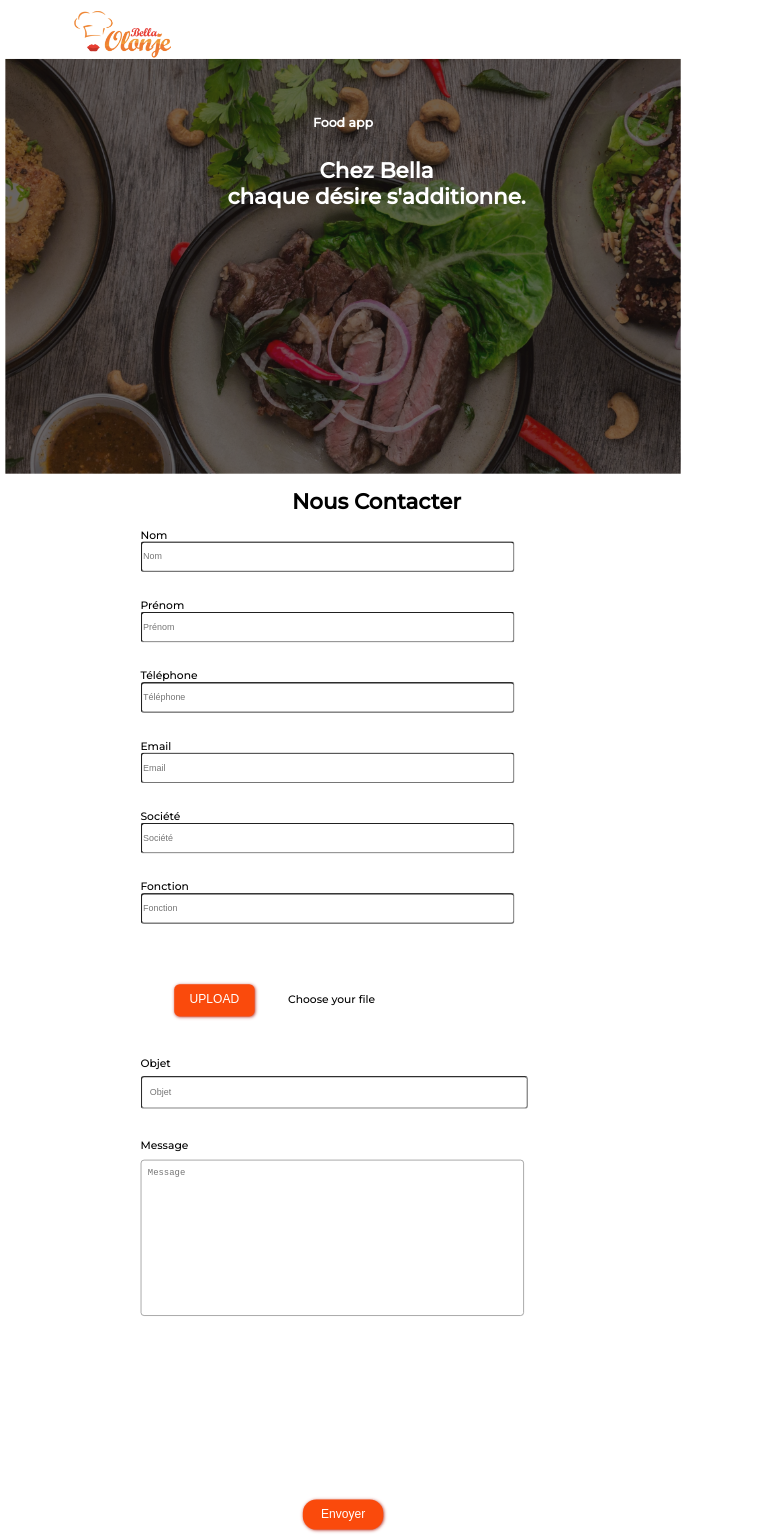
Repository: Ahlam-belhadj/bella-olange
Page: index3.html
An editor plug-in stored every save of this project. The page is shown before and after the next save, followed by the edit.
The browser window is 1024 px wide. The page is 1166 px wide, so the pictures cover 1166 px, including what lies to the right of the window. The pictures show the whole page, at 67% of full size.
Pictures or frames that could not be fetched are drawn as grey boxes.

Above is the page before, as saved 2023-02-14 15:34:53.

### index3.html
<!DOCTYPE html>
<html lang="en">

<head>
    <meta charset="UTF-8">
    <meta http-equiv="X-UA-Compatible" content="IE=edge">
    <meta name="viewport" content="width=device-width, initial-scale=1.0">
    <link rel="stylesheet" href="style3.css">
    <script src="https://www.google.com/recaptcha/api.js" async defer></script>
    <title>Bella olanje</title>
</head>

<body>
    <header>
        <nav>
            <div class="logo"><img  class="logo" src="image/logo_bella_olonje.png" alt="logo"></div>
            <ul>
                <li><a href="#" class="nav-link">Home</a></li>
                <li><a href="#" class="nav-link">Pizza</a></li>
                <li><a href="#" class="nav-link">Burgers</a></li>
                <li><a href="#" class="nav-link">Salade</a></li>
                <li><a href="#" class="nav-link">Contact</a></li>

            </ul>
            <div class="icon_navbar">
                <label for="click" class="menu-btn">
                  <i class="fas fa-bars"></i>
                </label>
            </div>
          </nav>

        <div class="title">
            <div class="texte">
                <h3>Food app</h3>
                <h1>Chez Bella <br>
                    chaque désire s'additionne.</h1>
            </div>
        </div>
    </header>
    <main>
    <div class="information">
        <form>
            <h1>Nous Contacter</h1>
            <div class="commande">
                <div class="info1">
                    <div class="label">
                        <label>Nom</label>
                        <br>
                        <input type="text" placeholder="Nom">
                    </div>
                    <div class="label">
                        <label>Prénom</label>
                        <br>
                        <input type="text" placeholder="Prénom">
                    </div>
                </div>
                <div class="info2">
                    <div class="label">
                        <label>Téléphone</label>
                        <br>
                        <input type="text" placeholder="Téléphone">
                    </div>
                    <div class="label">
                        <label>Email</label>
                        <br>
                        <input type="email" placeholder="Email">
                    </div>
                </div>
                <div class="info1">
                    <div class="label">
                        <label>Société</label>
                        <br>
                        <input type="text" placeholder="Société">
                    </div>
                    <div class="label">
                        <label>Fonction</label>
                        <br>
                        <input type="email" placeholder="Fonction">
                    </div>
                </div>

            </div>
        </form>
    </div>


    <div class="chose">
        <div class="div_button">
            <button class="button1" type="button">UPLOAD</button>
            <p>Choose your file</p>
        </div>
    </div>

    <div>
        <div class="g-recaptcha" data-sitekey="6Lff4ygkAAAAABA1RWNuq8ewgkRZaDD-yAWqFs1t"></div>
    </div>

    <div class="grp_choose">
        <div class="choose_message">
            <div class="label_choose">
                <label>Objet</label><br>
                <input type="text" placeholder="Objet">
            </div>
            <div class="label_message">
                <label>Message</label><br>
                <textarea placeholder="Message"></textarea>
            </div>
        </div>
    </div>


    <div class="maps">
        <iframe
            src="https://www.google.com/maps/embed?pb=!1m18!1m12!1m3!1d6464.54830951471!2d2.4294808287259815!3d48.785241545980085!2m3!1f0!2f0!3f0!3m2!1i1024!2i768!4f13.1!3m3!1m2!1s0x47e67344bd2d57f1%3A0x2a84a845271b523a!2sAFPA!5e0!3m2!1sfr!2sfr!4v1674668360985!5m2!1sfr!2sfr"
            width="600" height="450" style="border:0;" allowfullscreen="" loading="lazy"
            referrerpolicy="no-referrer-when-downgrade"></iframe>
    </div>


    <div class="button1">
        <button class="button">Envoyer</button>
    </div>
</main>
</body>

</html>

### style3.css
@import url('https://fonts.googleapis.com/css2?family=Montserrat:wght@100;200;500&display=swap');

body {
    font-family: Montserrat, sans-serif;
}


.logo {
    height: 80px;
}

nav {
    display: flex;
    height: 80px;
    width: 100%;
    background: white;
    align-items: center;
    justify-content: space-between;
    padding: 0 50px 0 100px;
    flex-wrap: wrap;
}

nav .logo {
    color: #fff;
    font-size: 20px;
    text-transform: uppercase;
    text-decoration: none;
}

nav a {
    color: #fff;
    text-decoration: none;
}

nav ul {
    display: flex;
    flex-wrap: wrap;
    list-style: none;

}

nav ul li {
    margin: 0 5px;
}

nav ul li a {
    color: black;
    text-decoration: none;
    font-size: 16px;
    font-weight: 500;
    padding: 8px 15px;
    border-radius: 5px;
    letter-spacing: 1px;
    transition: all 0.3s ease;
}

nav .icon_navbar {
    display: flex;
}



nav .menu-btn i {
    color: #050505;
    font-size: 22px;
    cursor: pointer;

}

input[type="checkbox"] {
    display: none;
}

@media (max-width: 1000px) {
    nav {
        padding: 0 40px 0 50px;
    }

    nav .logo {
        color: #fff;
        font-size: 16px;
        text-transform: uppercase;
    }
}

@media (max-width: 1250px) {
    nav .menu-btn i {
        display: block;
    }

    #click:checked~.menu-btn i:before {
        content: "\f00d";
    }

    nav ul {
        position: fixed;
        top: 80px;
        right: -100%;
        background: #C81100;
        height: 100vh;
        width: 60%;
        text-align: center;
        display: block;
        transition: all 0.3s ease;
    }

    #click:checked~ul {
        right: 0;
    }

    nav ul li {
        width: 100%;
        margin: 40px 0;
    }

    nav ul li a {
        width: 100%;
        display: block;
        font-size: 20px;
        transition: 0.6s cubic-bezier(0.68, -0.55, 0.265, 1.55);
    }

    #click:checked~ul li a {
        margin-left: 0px;
    }

    nav ul li a.active,
    nav ul li a:hover {
        background: none;
        color: #1E1E1E;
    }
}

.title {
    background-image: url(image/Rectangle\ 48.png);
    height: 619px;
    background-repeat: no-repeat;
    background-position: center;
    background-size: cover;



}

.texte {
    color: white;
    display: flex;
    align-items: center;
    justify-content: center;
    flex-direction: column;
    text-align: center;
    height: 50%;
}

/* header */

h1 {
    padding-left: 100px;
}


h2 {
    text-align: center;
    padding-bottom: 20px;
}

.info1 {
    display: flex;
    justify-content: space-around;
    padding-right: 100px;
}

.info2 {
    display: flex;
    justify-content: space-around;
    padding-right: 100px;
}

input {
    width: 320px;
    height: 40px;
    border-radius: 5px;
    margin-bottom: 40px;

}


.maps {
    display: flex;

    padding-left: 200px;
}

iframe {
    width: 941px;
    height: 500px;
    left: 100px;
    top: 1875px;

}


/* button */
button {
    border: 0;
    line-height: 2.5;
    width: 120px;
    padding: 0 18px;
    font-size: 18px;
    text-align: center;
    color: #fff;
    border-radius: 20px;
    background-color: #FA4A0C;
    box-shadow: 1px 1px 5px #B73227;


}

.button1 {
    display: flex;
    justify-content: end;
    margin: 50px 0px 35px 100px;
    border-radius: 8px;
}

p {
    margin-top: 63px;
    margin-left: 50px;
}

.btn {
    display: flex;
}


.div_button {
    padding: 50px 0px 35px 100px;
    display: flex;
}

/* button */


.chose {
    display: flex;
}

.grp_choose {
    padding-left: 200px;
}

.label_choose input {
    width: 938px;
    height: 35px;
    margin-bottom: 20px;
    margin-top: 10px;
    padding: 5px 12px;
    color: grey;
    border-radius: 5px;
    border-color: gray;
}

.label_message {
    padding-top: 25px;
}

textarea {
    width: 938px;
    height: 141px;
    margin-bottom: 20px;
    color: grey;
    border-color: gray;
    margin-top: 12px;
    padding: 10px 10px 80px;
    outline: none;
    border-radius: 5px;
    resize: none;
}

.g-recaptcha {
    padding-left: 200px;
    margin-bottom: 60px;
}

@media (max-width:650px) {
    .info1 {
        display: flex;
        flex-direction: column;
        padding-left: 15%;
    }

    .info2 {
        display: flex;
        flex-direction: column;
        padding-left: 15%;
    }
    .chose {

        padding-left: 20%;
      }

    .div_button {
        padding: 0px;
    }

    .g-recaptcha {
        margin-top: 40px;
        padding-left: 20%;
    }

    .grp_choose {
        /* padding-left: 0px; */
        padding-left: 15%;
    }

    .label_choose input {
        width: 300px;
    }

    textarea {
        width: 300px;
    }

    .maps {
        padding-left: 0px;
    }

    iframe {
        width: 400px;
        height: 200px;
        top: 1875px;
        padding-left: 10%;

    }

    .button1 {

        justify-content: center;
        margin: 50px 0px 0px 0px;

      }
}

@media screen and (min-width:651px) and (max-width:1199px) {

    .info1 {
        display: flex;
        flex-direction: column;
        padding-left: 20%;
    }

    .info2 {
        display: flex;
        flex-direction: column;
        padding-left: 20%;
    }
    .chose {

        padding-left: 25%;
      }

    .div_button {
        padding: 0px;
    }

    .g-recaptcha {
        margin-top: 40px;
        padding-left: 35%;
    }

    .grp_choose {

        padding-left: 20%;
    }

    .label_choose input {

            width: 550px;

    }

    textarea {
        width: 550px;
    }

    .maps {
        padding-left: 0px;
    }

    iframe {
        width: 400px;
        height: 200px;
        top: 1875px;
        padding-left: 15%;

    }

    .button1 {

        justify-content: center;
        margin: 50px 0px 0px 0px;

      }
      h1 {
        text-align: center;
      }

      input {
        width: 550px;

      }


}

After the next save:
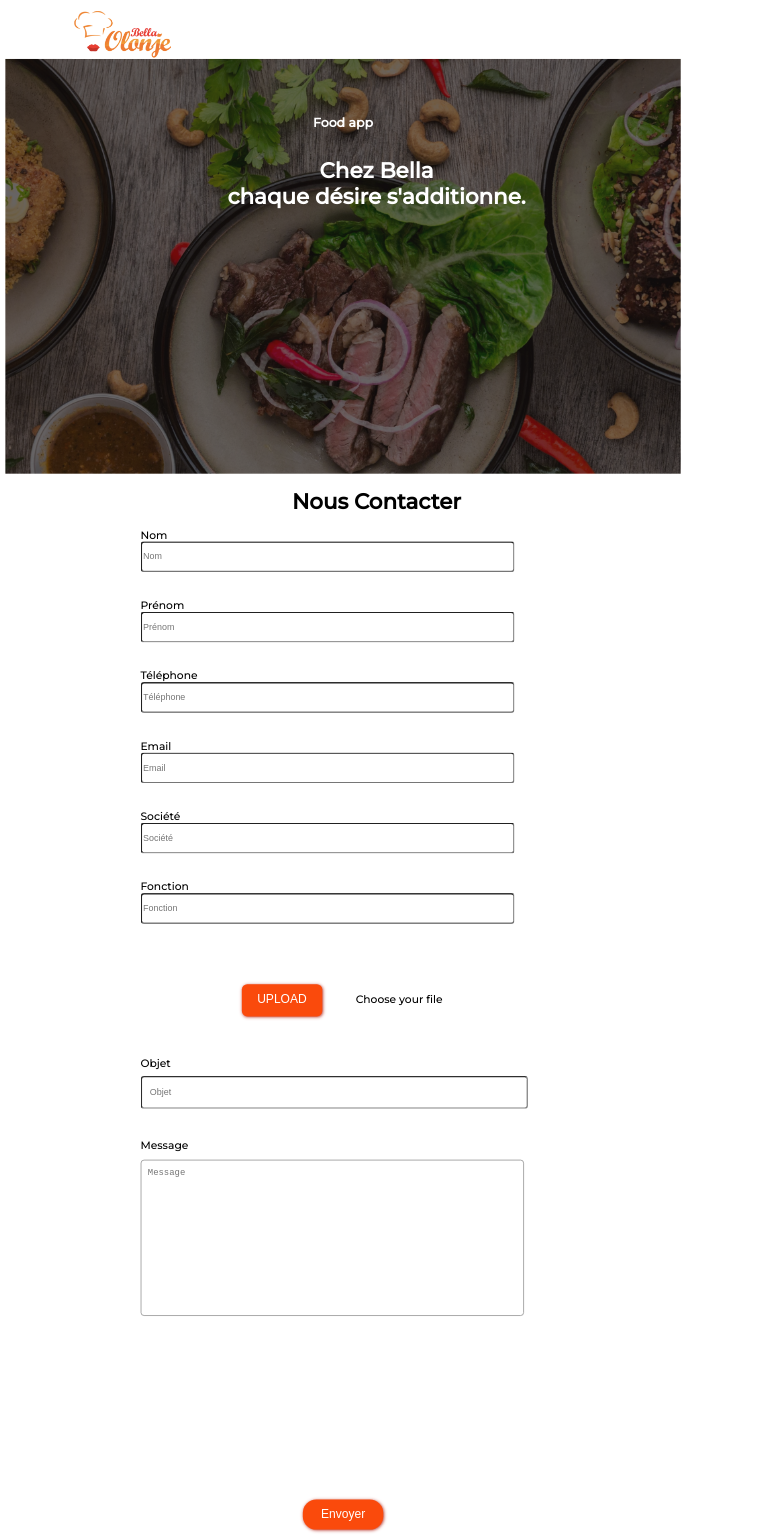
Saved 43 s later.
--- a/style3.css
+++ b/style3.css
@@ -356,7 +356,7 @@ textarea {
     }
     .chose {
 
-        padding-left: 25%;
+        padding-left: 35%;
       }
 
     .div_button {
